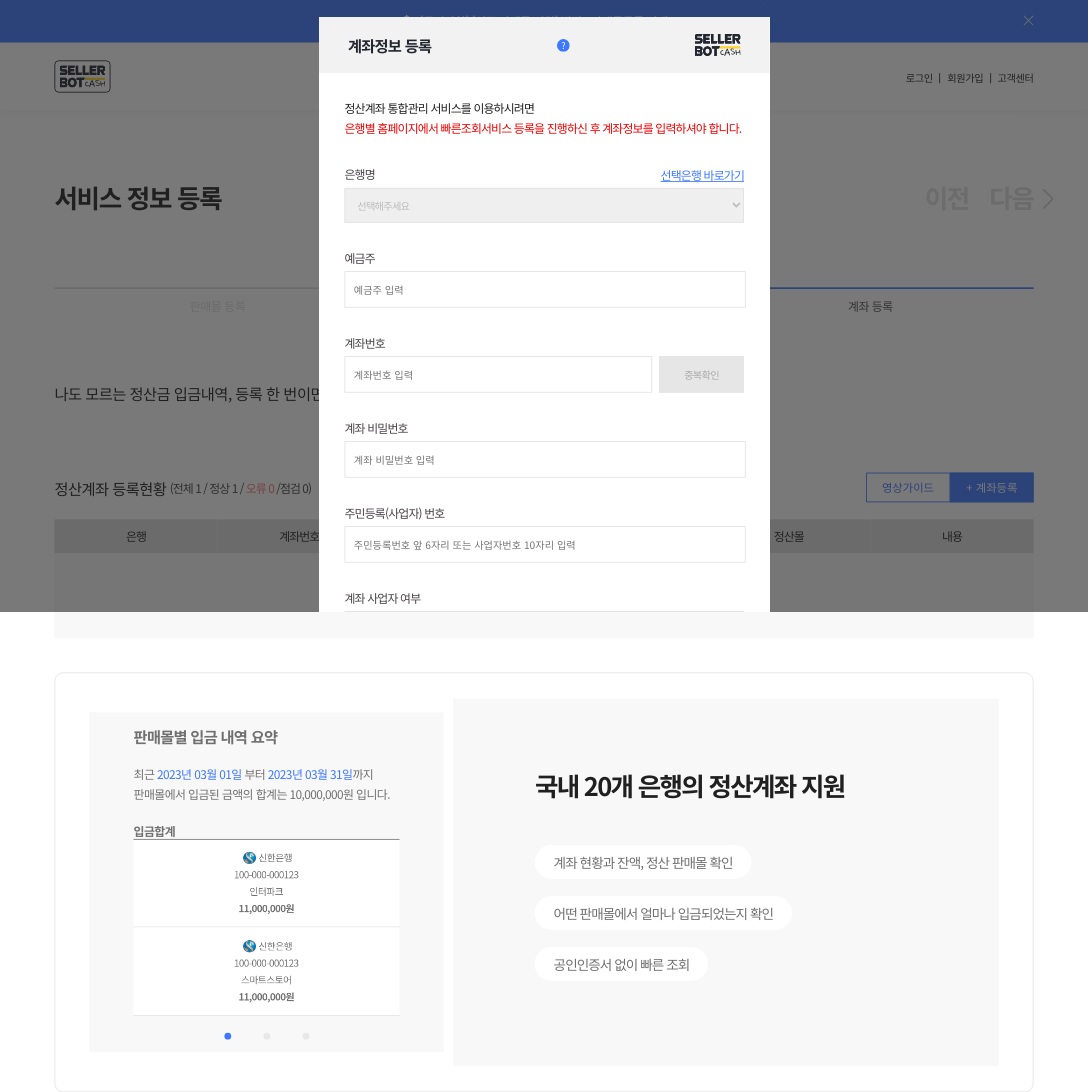
Repository: elemapfelr/ownServer
Page: test-server/web/sellerbot_signup/step_07.html
The author's editor kept a copy of each file at every save. The page is drawn from the files as they stood at one save, then again after the next save.
The browser window is 1280 px wide. The pictures show the whole page, at 85% of full size.
After loading, the first visible `#regAcc` was clicked once.
An inner scrolling area shows only its first screen. Some web libraries are served in a nearby version. The style sheet was rebuilt from its Sass, Less or Tailwind sources for each picture, by a compiler version that may differ from the author's.

Above is the page before, as saved 2023-03-15 11:12:35.

After the next save:
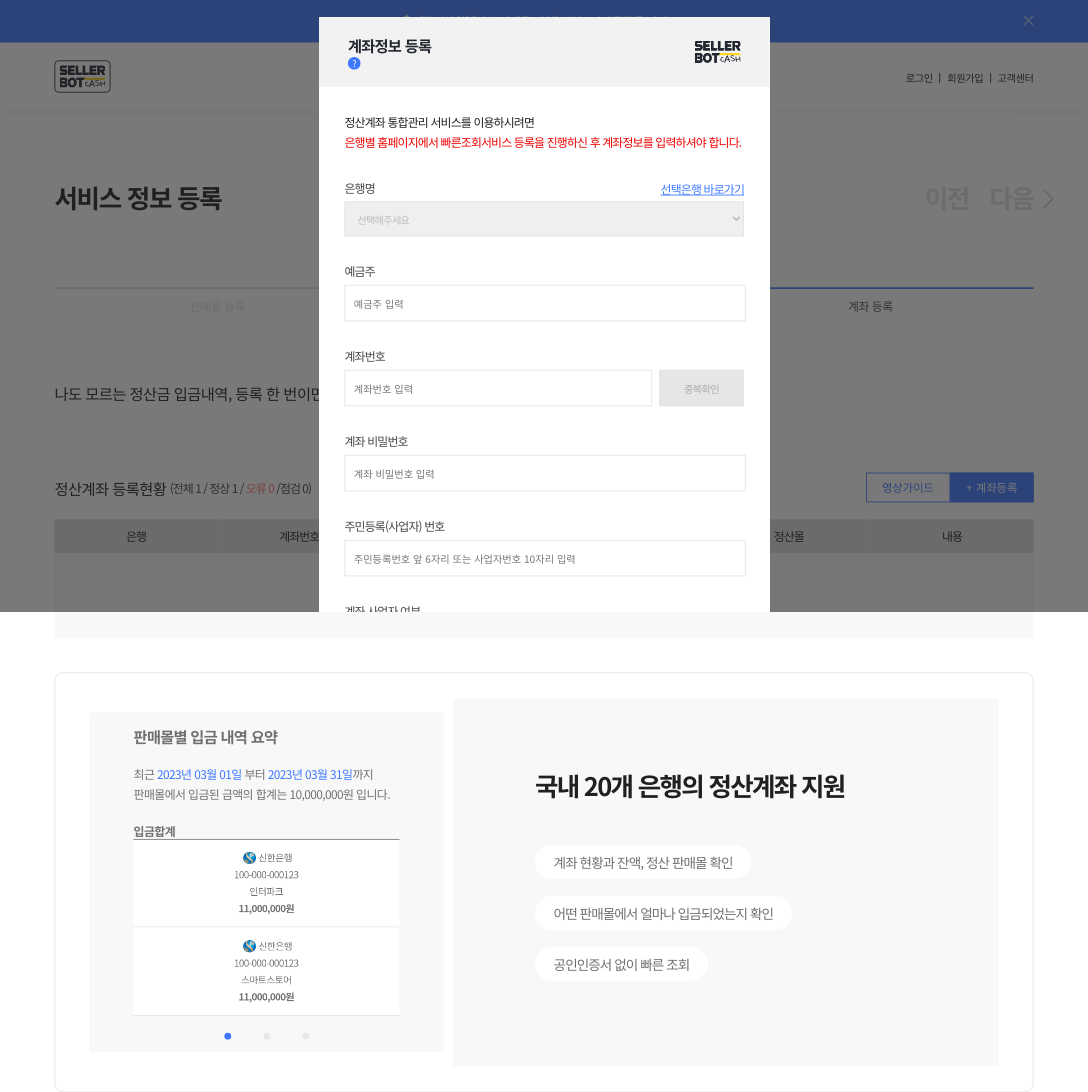
Saved 11 s later.
--- a/test-server/web/sellerbot_signup/js/step_07.js
+++ b/test-server/web/sellerbot_signup/js/step_07.js
@@ -7,8 +7,7 @@
 document.querySelector('#regAcc').addEventListener('click', () => {
 	let popupHtml = `
     <div class="head">
-		<h5>계좌정보 등록</h5>
-		<img id="talkInfo" src="./img/questionBtn.svg" alt="manual open">
+		<h5>계좌정보 등록 <img id="talkInfo" src="./img/questionBtn.svg" alt="manual open"></h5>
 		<img src="./img/sellerbotLogo.svg" alt="sellerbot cash">
 	</div>
 	<div class="body">

After the save that followed:
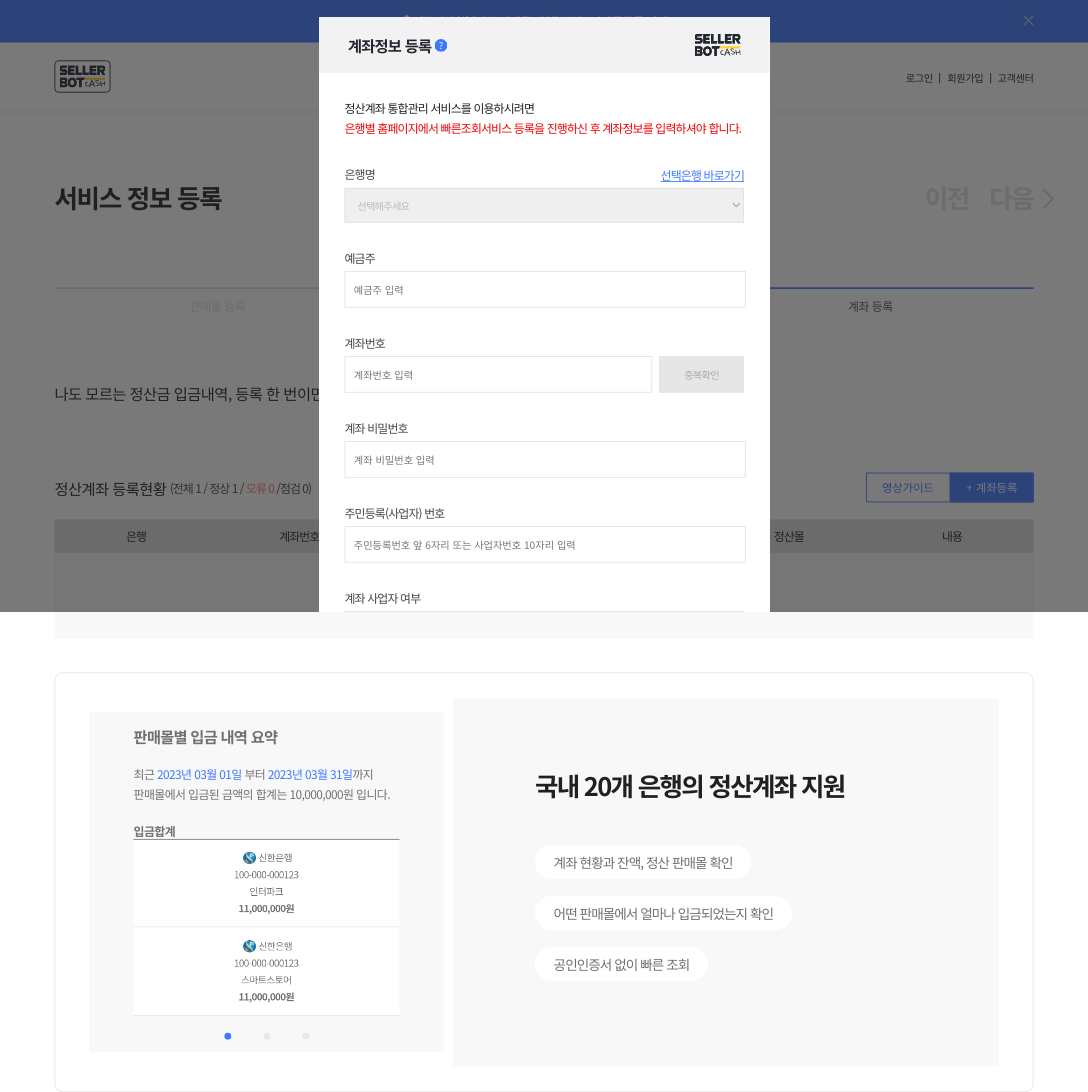
Saved 13 s later.
--- a/test-server/web/sellerbot_signup/css/scss/step_07.scss
+++ b/test-server/web/sellerbot_signup/css/scss/step_07.scss
@@ -237,6 +237,10 @@
                 letter-spacing: -0.9px;
                 text-align: center;
                 color: #22262f;
+
+                img{
+                    display: inline;
+                }
             }
         }
 
